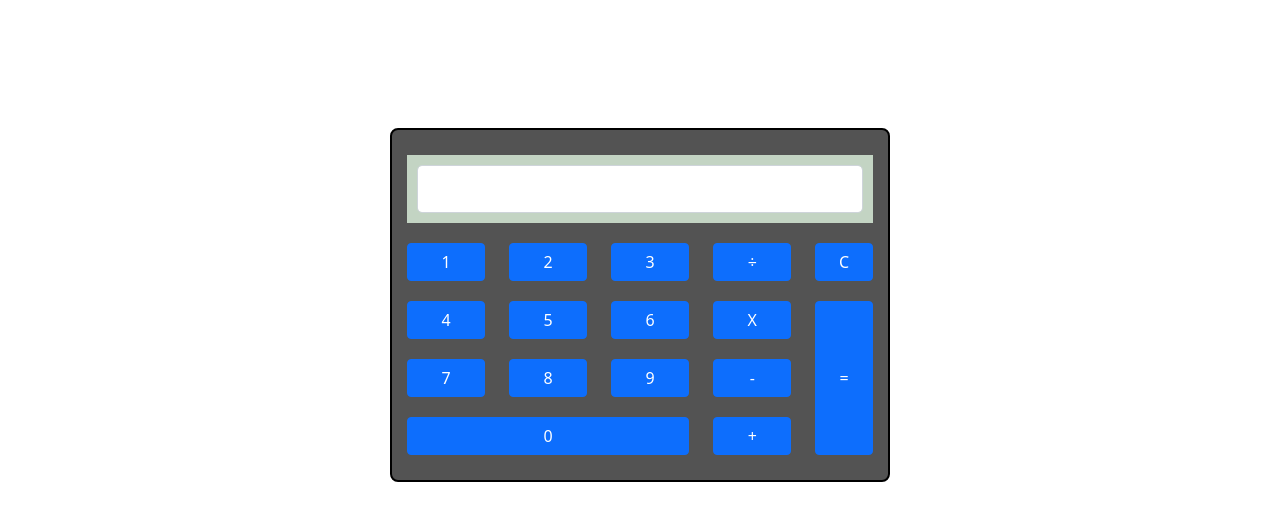
Repository: jsakdalan/CalculatorReactTypescript
Page: /
An editor plug-in stored every save of this project. The page is shown before and after the next save, followed by the edit.
The browser window is 1280 px wide. The pictures show the whole page.
The project was rebuilt for these pictures with package versions that can differ from the ones it lists, and the page was loaded fresh each time. Also part of the build but not shown: src/App.css.

Above is the page before, as saved 2022-06-07 17:19:13.

### src/App.tsx
import  Calculator from './pages/Calculator';
import './App.css';
import 'bootstrap/dist/css/bootstrap.min.css'

export default function App() {

  return(
    <Calculator/>
  )
}

### src/pages/Calculator.tsx
import React from 'react';
import Col from 'react-bootstrap/Col';
import Container from 'react-bootstrap/Container';
import Row from 'react-bootstrap/Row';
import Button from 'react-bootstrap/Button';
import InputGroup from 'react-bootstrap/InputGroup';
import FormControl from 'react-bootstrap/FormControl';
import './Calculator.css'

export default function TextEditor(){

    interface Screen{
        styling: string;
    }

    interface Buttons {
        styling: string;
        btnNumber: string;
    }

    const Screen = (props:Screen) => {
        return(
            <InputGroup size="lg" className={props.styling}>
                    <FormControl
      aria-label="Default"
      aria-describedby="inputGroup-sizing-default"
    />
            </InputGroup>
        )
    }

    const Buttons = (props:Buttons) => {
        return(
            <Button className={props.styling}>
                {props.btnNumber}
            </Button>
        )
    }

    return(
        <>
            <Container className="container">
                <Row>
                    <Col><Screen styling="screen"/></Col>
                </Row>
                <Row>
                    <Col md={10}>
                        <Row>
                            <Col md={12}>
                                <Row>
                                    <Col md={3}><Buttons styling="numerical" btnNumber="1"/></Col>
                                    <Col md={3}><Buttons styling="numerical" btnNumber="2"/></Col>
                                    <Col md={3}><Buttons styling="numerical" btnNumber="3"/></Col>
                                    <Col md={3}><Buttons styling="operational" btnNumber="&#247;"/></Col>
                                </Row>
                            </Col>
                            <Col md={12}>
                                <Row>
                                    <Col md={3}><Buttons styling="numerical" btnNumber="4"/></Col>
                                    <Col md={3}><Buttons styling="numerical" btnNumber="5"/></Col>
                                    <Col md={3}><Buttons styling="numerical" btnNumber="6"/></Col>
                                    <Col md={3}><Buttons styling="operational" btnNumber="X"/></Col>
                                </Row>
                            </Col>
                            <Col md={12}>
                                <Row>
                                    <Col md={3}><Buttons styling="numerical" btnNumber="7"/></Col>
                                    <Col md={3}><Buttons styling="numerical" btnNumber="8"/></Col>
                                    <Col md={3}><Buttons styling="numerical" btnNumber="9"/></Col>
                                    <Col md={3}><Buttons styling="operational" btnNumber="-"/></Col>
                                </Row>
                            </Col>
                            <Col md={12}>
                                <Row>
                                    <Col md={9}><Buttons styling="numerical" btnNumber="0"/></Col>
                                    <Col md={3}><Buttons styling="numerical" btnNumber="+"/></Col>
                                </Row>
                            </Col>
                        </Row>
                    </Col>
                    <Col md={2}>
                        <Row>
                            <Col>
                                <Row>
                                    <Col md={12}><Buttons styling="erase" btnNumber="C"/></Col>
                                    <Col md={12}><Buttons styling="equals" btnNumber="="/></Col>
                                </Row>
                            </Col>
                        </Row>
                    </Col>
                </Row>
            </Container>
        </>
    )
}

### src/pages/Calculator.css
.container{
    margin-top:10%;
    max-width: 500px!important;
    width: 400px;
    display: flex;
    flex-direction: column;
    border: 2px solid black;
    padding: 15px!important;
    border-radius: 8px;
    background-color: #535353;
}

.screen{
    width: 100%;
    padding: 10px;
    margin: 10px 0px 10px 0px;
    background-color: #c3d4c3;
}

.numerical{
    width: 100%;
    padding: 10px;
    margin: 10px 0px 10px 0px;
}

.operational{
    width: 100%;
    padding: 10px;
    margin: 10px 0px 10px 0px;
}

.equals{
    height: 154px;
    width: 100%;
    padding: 10px;
    margin: 10px 0px 10px 0px;
}

.erase{
    width: 100%;
    padding: 10px;
    margin: 10px 0px 10px 0px;
}

Loaded but not shown: public/index.html (common file); src/index.tsx (common file); src/index.css (common file); src/reportWebVitals.ts (common file)

After the next save:
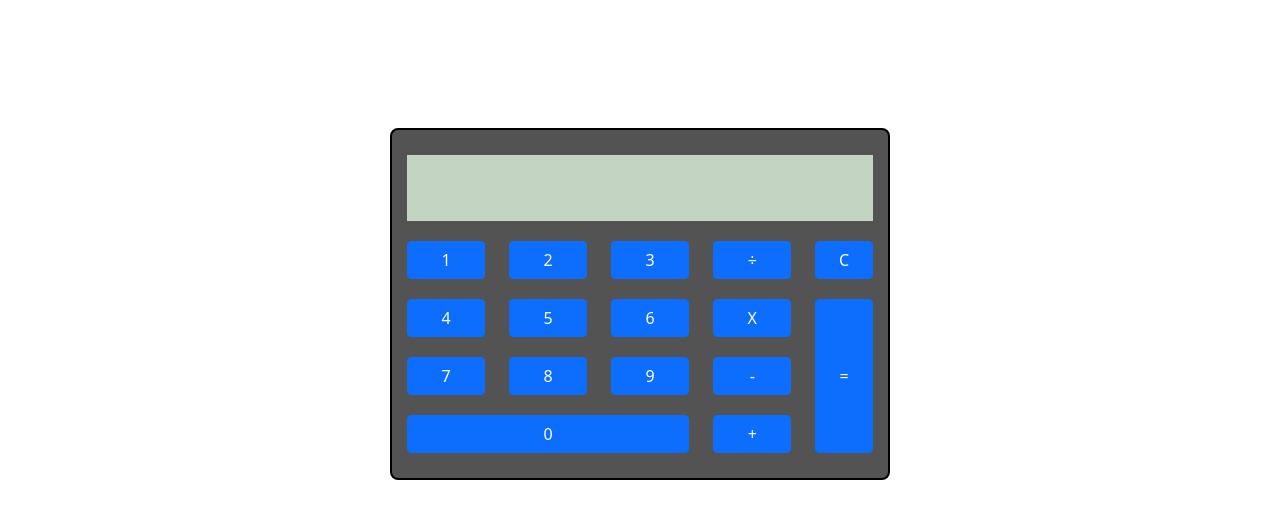
Saved 64 s later.
--- a/src/pages/Calculator.css
+++ b/src/pages/Calculator.css
@@ -15,6 +15,15 @@
     padding: 10px;
     margin: 10px 0px 10px 0px;
     background-color: #c3d4c3;
+}
+
+.input-group>.form-control{
+    position: relative;
+    flex: 1 1 auto;
+    width: 1%;
+    background-color: #c3d4c3;
+    min-width: 0;
+    border: none;
 }
 
 .numerical{
